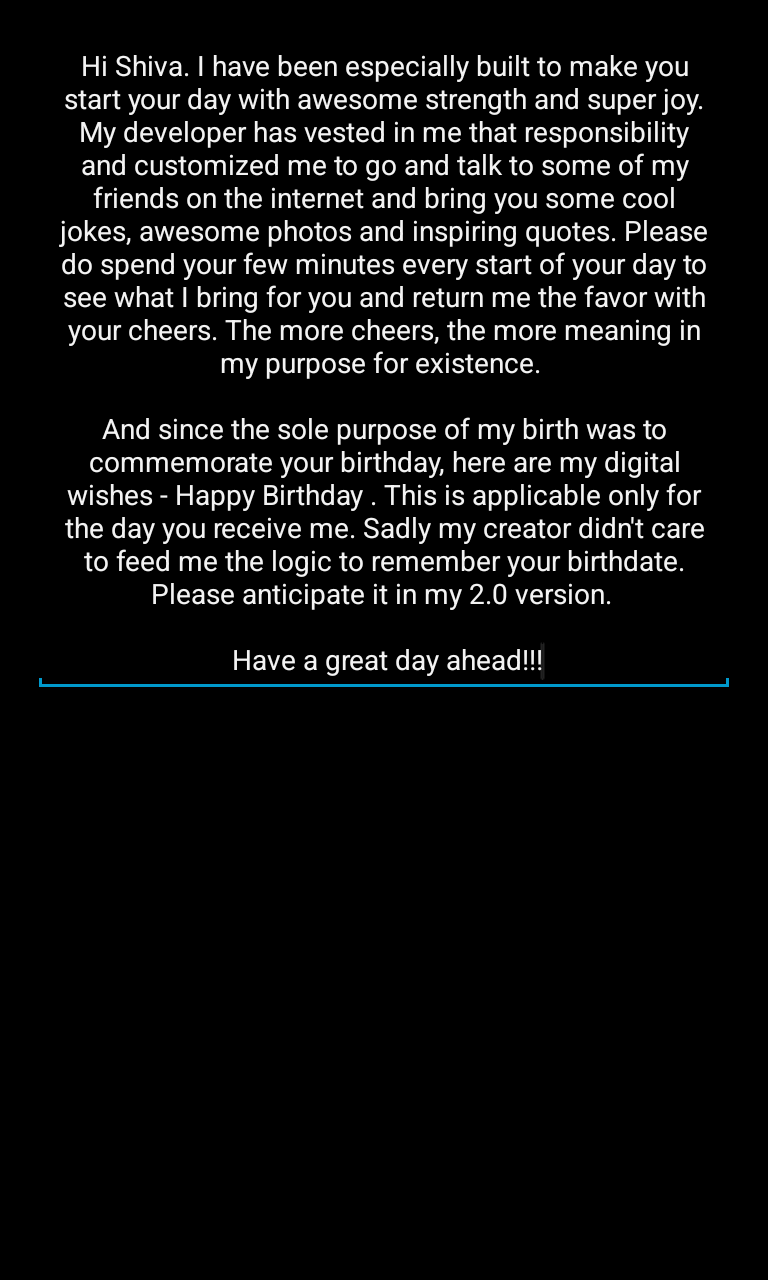
Repository: gitvas/FewMinutesEveryday
Layout: WorkspaceOne/FewMinutesEveryday/res/layout/activity_main.xml
These files come from the project's save history. The layout is drawn as it stood at one moment and after the next save; the edit follows.
It is drawn on a 768 x 1280 px phone screen (xhdpi) without system bars, with theme android:Theme.Holo; the app's code is not run.

Above is the layout before, as saved 2014-08-21 16:05:43.

### WorkspaceOne/FewMinutesEveryday/res/layout/activity_main.xml
<RelativeLayout xmlns:android="http://schemas.android.com/apk/res/android"
    xmlns:tools="http://schemas.android.com/tools"
    android:layout_width="match_parent"
    android:layout_height="match_parent"
    android:paddingBottom="@dimen/activity_vertical_margin"
    android:paddingLeft="@dimen/activity_horizontal_margin"
    android:paddingRight="@dimen/activity_horizontal_margin"
    android:paddingTop="@dimen/activity_vertical_margin"
    tools:context="com.sreenivas.fewminuteseveryday.MainActivity" >

    <EditText
        android:id="@+id/editText1"
        android:layout_width="fill_parent"
        android:layout_height="wrap_content"
        android:layout_centerHorizontal="true"
        android:editable="false"
        android:ems="10"
        android:gravity="center"
        android:inputType="textMultiLine"
        android:text="@string/intro_text"
        android:textSize="14sp" >
        <requestFocus />
    </EditText>

</RelativeLayout>

### WorkspaceOne/FewMinutesEveryday/res/values/strings.xml
<?xml version="1.0" encoding="utf-8"?>
<resources>

    <string name="app_name">FewMinutesEveryday</string>
    <string name="action_settings">Settings</string>
    <string name="intro_text">Hi Shiva. I have been especially built to make you start your day with awesome strength and super joy. My developer has vested in me that responsibility and customized me to go and talk to some of my friends on the internet and bring you some cool jokes, awesome photos and inspiring quotes. Please do spend your few minutes every start of your day to see what I bring for you and return me the favor with your cheers. The more cheers, the more meaning in my purpose for existence. \n\nAnd since the sole purpose of my birth was to commemorate your birthday, here are my digital wishes - Happy Birthday . This is applicable only for the day you receive me. Sadly my creator didn\'t care to feed me the logic to remember your birthdate. Please anticipate it in my 2.0 version. \n\n Have a great day ahead!!!</string>

</resources>

Loaded but not shown: WorkspaceOne/FewMinutesEveryday/res/values/dimens.xml (common file); WorkspaceOne/FewMinutesEveryday/res/values-w820dp/dimens.xml (common file)

After the next save:
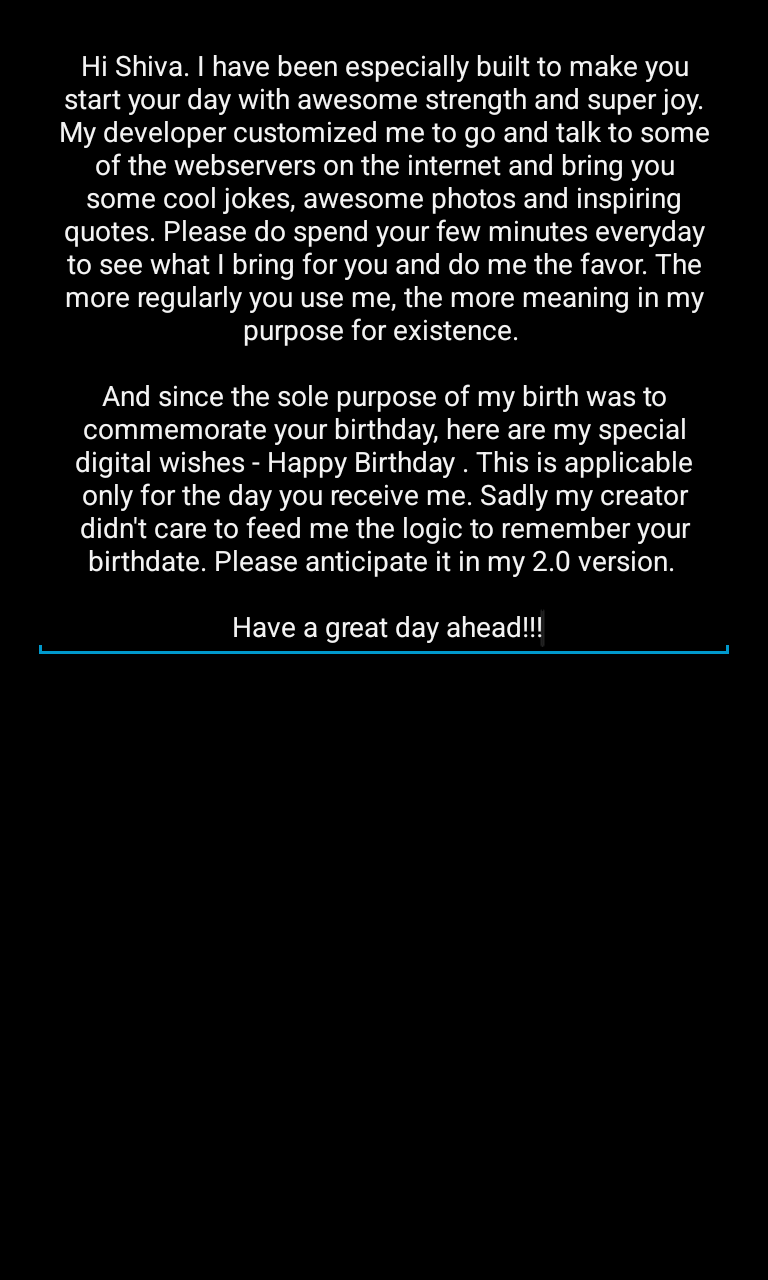
Saved 2 min 21 s later.
--- a/WorkspaceOne/FewMinutesEveryday/res/values/strings.xml
+++ b/WorkspaceOne/FewMinutesEveryday/res/values/strings.xml
@@ -3,6 +3,6 @@
 
     <string name="app_name">FewMinutesEveryday</string>
     <string name="action_settings">Settings</string>
-    <string name="intro_text">Hi Shiva. I have been especially built to make you start your day with awesome strength and super joy. My developer has vested in me that responsibility and customized me to go and talk to some of my friends on the internet and bring you some cool jokes, awesome photos and inspiring quotes. Please do spend your few minutes every start of your day to see what I bring for you and return me the favor with your cheers. The more cheers, the more meaning in my purpose for existence. \n\nAnd since the sole purpose of my birth was to commemorate your birthday, here are my digital wishes - Happy Birthday . This is applicable only for the day you receive me. Sadly my creator didn\'t care to feed me the logic to remember your birthdate. Please anticipate it in my 2.0 version. \n\n Have a great day ahead!!!</string>
+    <string name="intro_text">Hi Shiva. I have been especially built to make you start your day with awesome strength and super joy. My developer customized me to go and talk to some of the webservers on the internet and bring you some cool jokes, awesome photos and inspiring quotes. Please do spend your few minutes everyday to see what I bring for you and do me the favor. The more regularly you use me, the more meaning in my purpose for existence. \n\nAnd since the sole purpose of my birth was to commemorate your birthday, here are my special digital wishes - Happy Birthday . This is applicable only for the day you receive me. Sadly my creator didn\'t care to feed me the logic to remember your birthdate. Please anticipate it in my 2.0 version. \n\n Have a great day ahead!!!</string>
 
 </resources>
